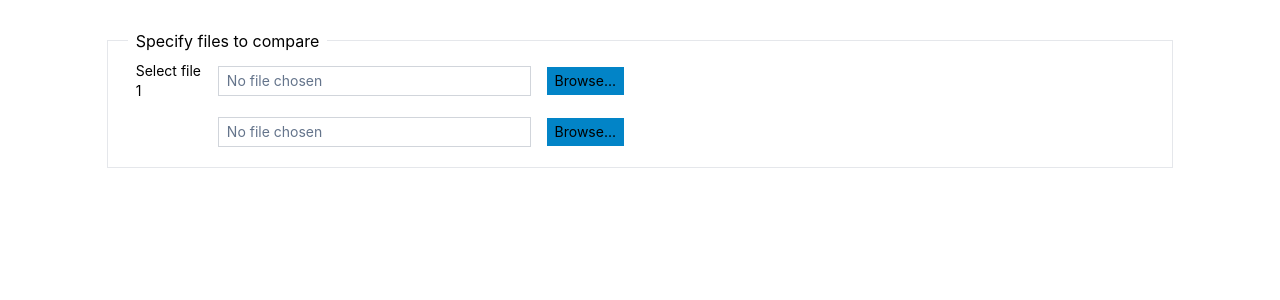
Repository: chionye/paymentology-front
Page: /
An editor plug-in stored every save of this project. The page is shown before and after a run of saves, followed by the edit.
The browser window is 1280 px wide. The pictures show the whole page.
The project was rebuilt for these pictures with package versions that can differ from the ones it lists, and the page was loaded fresh each time.

Above is the page before, as saved 2022-03-16 13:22:37.

After the next 2 saves:
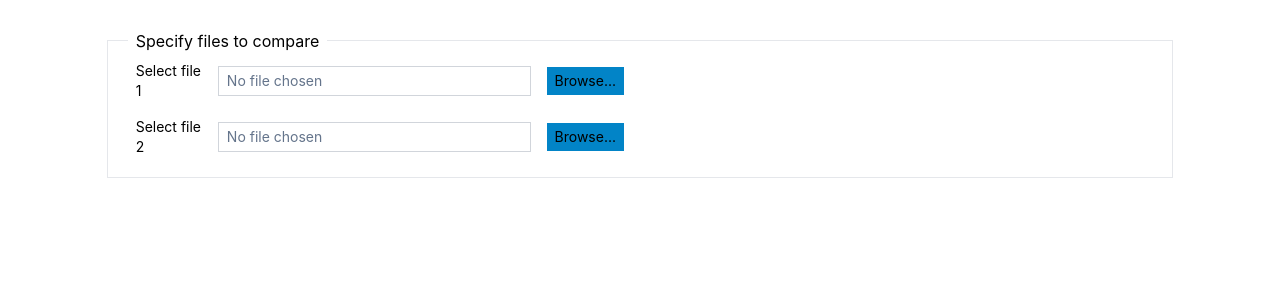
The 2 saves are shown as one change because they came seconds apart.
The last was saved 14 s later.
--- a/src/components/Section.js
+++ b/src/components/Section.js
@@ -6,7 +6,7 @@ const Section = () => {
             <div className="absolute -top-3 left-5 bg-white px-2">Specify files to compare</div>
             <InputFile file={"Select file 1"} />
             <div className="flex flex-row">
-            <InputFile />
+            <InputFile file={"Select file 2"} />
             </div>
 
         </div>
